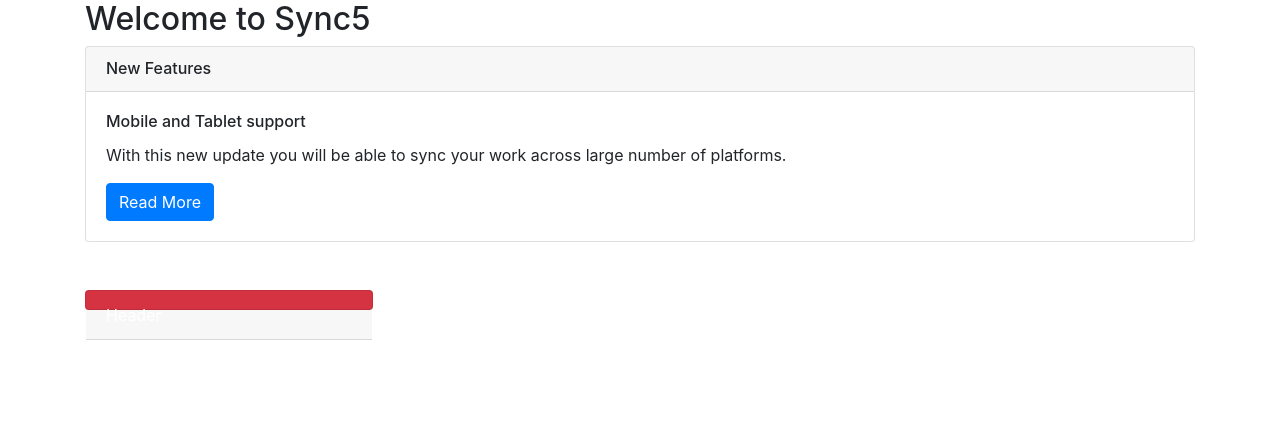
Repository: acciojob/bootstrap-card-vandanayadav15
Page: main.html
The author's editor kept a copy of each file at every save. The page is drawn from the files as they stood at one save, then again after the next save.
The browser window is 1280 px wide. The pictures show the whole page.

Above is the page before, as saved 2022-10-28 23:31:01.

After the next save:
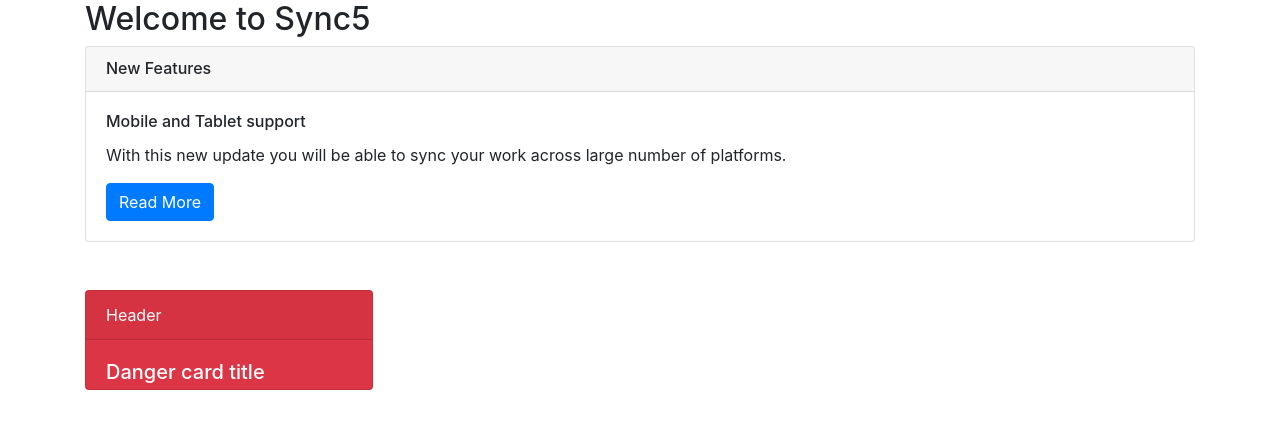
Saved 16 s later.
--- a/main.html
+++ b/main.html
@@ -23,7 +23,7 @@
 				<a href="#" class="btn btn-primary">Read More</a>
 			</div>
 		</div><br><br>
-		<div class="card text-white bg-danger mb-3" style="max-width: 18rem; max-height:20px;">
+		<div class="card text-white bg-danger mb-3" style="max-width: 18rem; max-height:100px;">
 			<div class="card-header">Header</div>
 			<div class="card-body">
 				<h5 class="card-title">Danger card title</h5>
